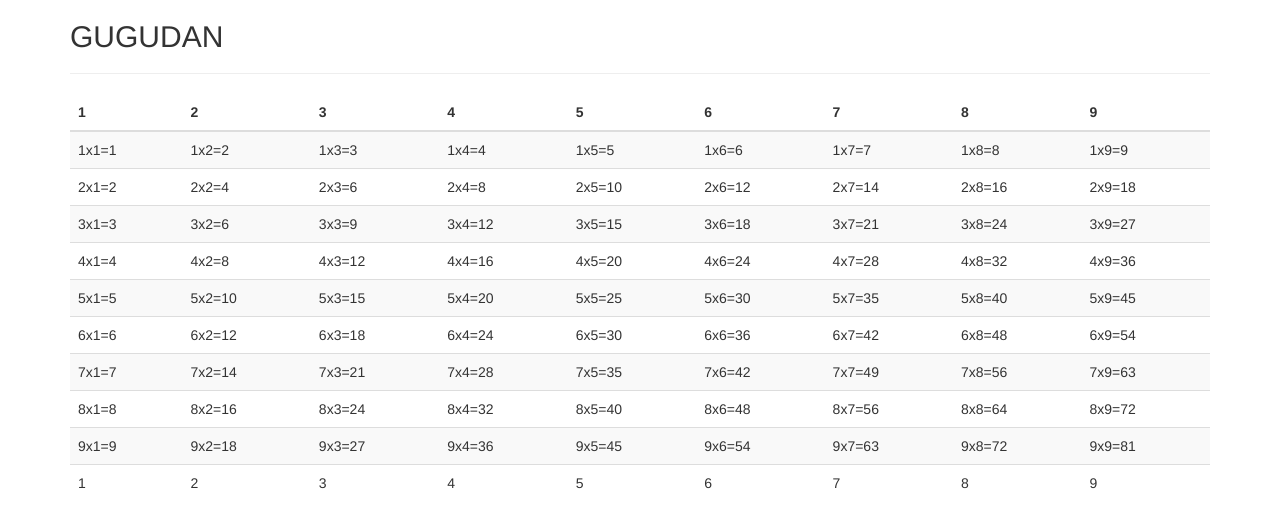
Repository: SongSooJin/JSP
Page: http://localhost/5-jsp-basic/example5/gugudan2.jsp
These files come from the project's save history. The page is drawn as it stood at one moment and after the next save; the edit follows.
The browser window is 1280 px wide. The pictures show the whole page.
The page is served by Tomcat 9. Other server files are loaded and not shown.

Above is the page before, as saved 2018-10-08 06:08:49.

### 5-jsp-basic/WebContent/example5/gugudan2.jsp
<%@ page language="java" contentType="text/html; charset=UTF-8"
	pageEncoding="UTF-8"%>
<!DOCTYPE html>
<html>
<head>
<meta charset="UTF-8">
<title>Insert title here</title>
<meta name="viewport" content="width=device-width, initial-scale=1">
  <link rel="stylesheet" href="https://maxcdn.bootstrapcdn.com/bootstrap/3.3.7/css/bootstrap.min.css">
  <script src="https://ajax.googleapis.com/ajax/libs/jquery/3.3.1/jquery.min.js"></script>
  <script src="https://maxcdn.bootstrapcdn.com/bootstrap/3.3.7/js/bootstrap.min.js"></script>

</head>
<body>
		<div class="container">
		<h2>GUGUDAN</h2>
		<table class="table table-striped">
			<thead>
				<tr>
					<%
						for (int i = 1; i <= 9; i++) {
							out.print("<th>" + i + "</th>");
						}
					%>

				</tr>
			</thead>
		<hr>
		<tbody>
			<%
				for (int i = 1; i <= 9; i++) { // 행
					out.print("<tr>");
					for (int j = 1; j <= 9; j++) { // 열
						out.print("<td>");
						out.print(i + "x" + j + "=" + (i * j));
						out.print("</td>");
					}

					out.print("</tr>");
				}
			%>
			<tr>
				<td>1</td>
				<td>2</td>
				<td>3</td>
				<td>4</td>
				<td>5</td>
				<td>6</td>
				<td>7</td>
				<td>8</td>
				<td>9</td>
			</tr>
		</tbody>
	</table>
	</div>
</body>
</html>

After the next save:
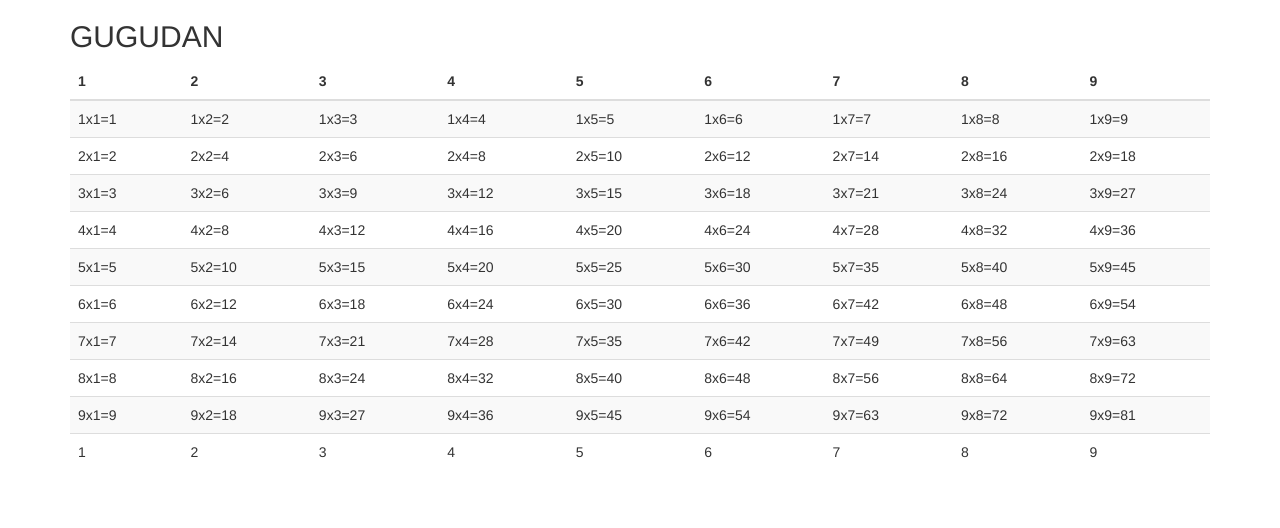
Saved 56 s later.
--- a/5-jsp-basic/WebContent/example5/gugudan2.jsp
+++ b/5-jsp-basic/WebContent/example5/gugudan2.jsp
@@ -6,13 +6,16 @@
 <meta charset="UTF-8">
 <title>Insert title here</title>
 <meta name="viewport" content="width=device-width, initial-scale=1">
-  <link rel="stylesheet" href="https://maxcdn.bootstrapcdn.com/bootstrap/3.3.7/css/bootstrap.min.css">
-  <script src="https://ajax.googleapis.com/ajax/libs/jquery/3.3.1/jquery.min.js"></script>
-  <script src="https://maxcdn.bootstrapcdn.com/bootstrap/3.3.7/js/bootstrap.min.js"></script>
+<link rel="stylesheet"
+	href="https://maxcdn.bootstrapcdn.com/bootstrap/3.3.7/css/bootstrap.min.css">
+<script
+	src="https://ajax.googleapis.com/ajax/libs/jquery/3.3.1/jquery.min.js"></script>
+<script
+	src="https://maxcdn.bootstrapcdn.com/bootstrap/3.3.7/js/bootstrap.min.js"></script>
 
 </head>
 <body>
-		<div class="container">
+	<div class="container">
 		<h2>GUGUDAN</h2>
 		<table class="table table-striped">
 			<thead>
@@ -25,33 +28,32 @@
 
 				</tr>
 			</thead>
-		<hr>
-		<tbody>
-			<%
-				for (int i = 1; i <= 9; i++) { // 행
-					out.print("<tr>");
-					for (int j = 1; j <= 9; j++) { // 열
-						out.print("<td>");
-						out.print(i + "x" + j + "=" + (i * j));
-						out.print("</td>");
+			<tbody>
+				<%
+					for (int i = 1; i <= 9; i++) { // 행
+						out.print("<tr>");
+						for (int j = 1; j <= 9; j++) { // 열
+							out.print("<td>");
+							out.print(i + "x" + j + "=" + (i * j));
+							out.print("</td>");
+						}
+
+						out.print("</tr>");
 					}
-
-					out.print("</tr>");
-				}
-			%>
-			<tr>
-				<td>1</td>
-				<td>2</td>
-				<td>3</td>
-				<td>4</td>
-				<td>5</td>
-				<td>6</td>
-				<td>7</td>
-				<td>8</td>
-				<td>9</td>
-			</tr>
-		</tbody>
-	</table>
+				%>
+				<tr>
+					<td>1</td>
+					<td>2</td>
+					<td>3</td>
+					<td>4</td>
+					<td>5</td>
+					<td>6</td>
+					<td>7</td>
+					<td>8</td>
+					<td>9</td>
+				</tr>
+			</tbody>
+		</table>
 	</div>
 </body>
 </html>
